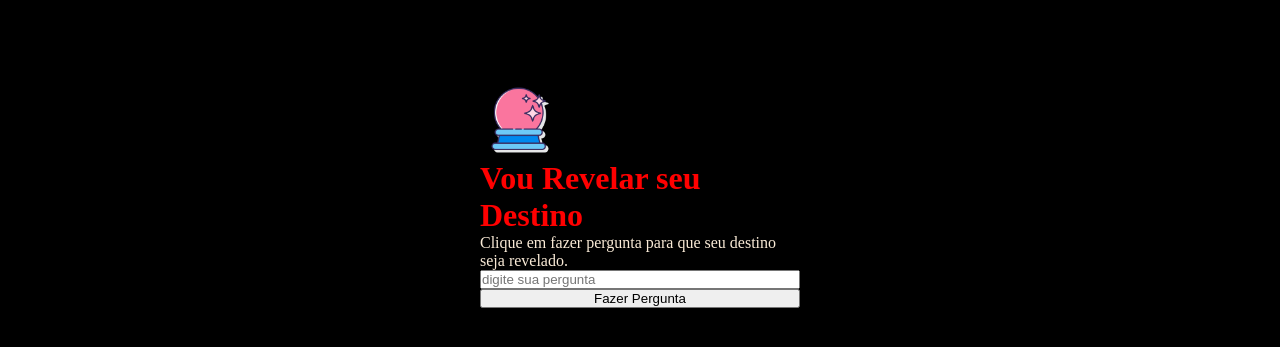
Repository: guilhermecardoso93/nlwexplorer
Page: index.html
An editor plug-in stored every save of this project. The page is shown before and after the next save, followed by the edit.
The browser window is 1280 px wide. The pictures show the whole page.

Above is the page before, as saved 2022-06-08 23:33:54.

### index.html
<!DOCTYPE html>
<html lang="pt-br">
  <head>
    <meta charset="UTF-8" />
    <meta http-equiv="X-UA-Compatible" content="IE=edge" />
    <meta name="viewport" content="width=device-width, initial-scale=1.0" />
    <link rel="stylesheet" href="./styles.css" />
    <title>NLW Explorer</title>
  </head>
  <body>
    <main>
      <div  class="principal">
        <img
          src="./cristalball.png"
          alt="Imagem de uma bola de cristal"
          id="cristalBallImg"
        />
        <h1>Vou Revelar seu Destino</h1>
        <p>Clique em fazer pergunta para que seu destino seja revelado.</p>
        <input type="text" placeholder="digite sua pergunta" />
        <button>Fazer Pergunta</button>
      </div>
    </main>
  </body>
  <script src="./script.js"></script>
</html>

### styles.css
* {
  margin: 0;
  padding: 0;
  box-sizing: border-box;
}
body {
  margin: auto;
background-color: black;
color:antiquewhite;
}

main .principal{
 display: flex;
 flex-direction: column;
 margin: auto;
 margin-top: 5rem;
 width: 20rem;
}

h1 {
  color: red;
}

#cristalBallImg {
  width: 5rem;
}

Loaded but not shown: script.js (no stored copy; drawn as an empty file)

After the next save:
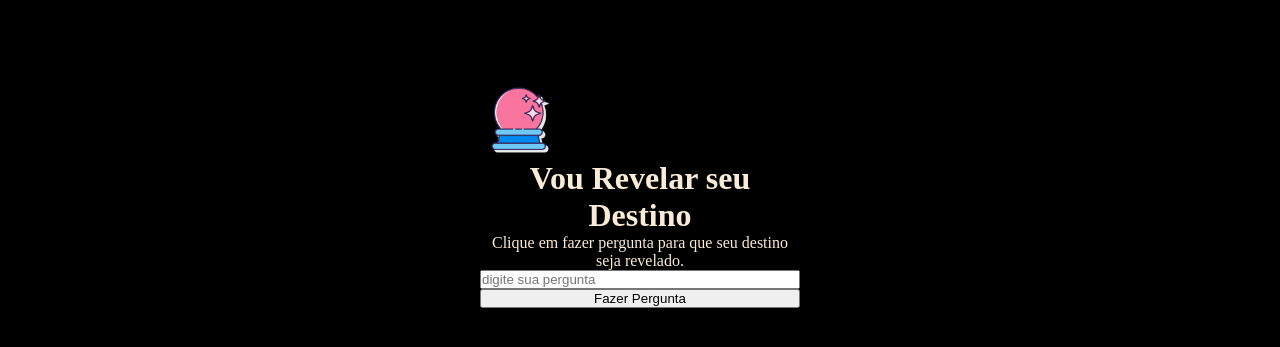
Saved 21 s later.
--- a/styles.css
+++ b/styles.css
@@ -5,21 +5,20 @@
 }
 body {
   margin: auto;
-background-color: black;
-color:antiquewhite;
+  background-color: black;
+  color: antiquewhite;
+  text-align: center;
 }
 
-main .principal{
- display: flex;
- flex-direction: column;
- margin: auto;
- margin-top: 5rem;
- width: 20rem;
+main .principal {
+  display: flex;
+  flex-direction: column;
+  margin: auto;
+  margin-top: 5rem;
+  width: 20rem;
 }
 
-h1 {
-  color: red;
-}
+
 
 #cristalBallImg {
   width: 5rem;
